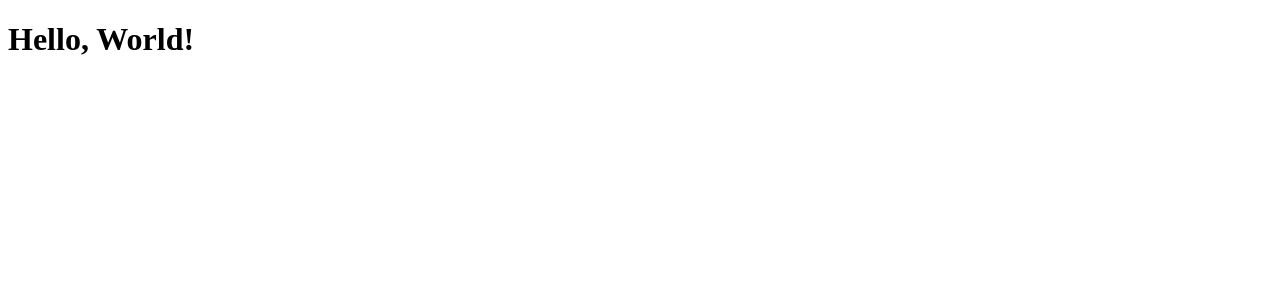
Repository: max535/react-typescript
Page: /about
The author's editor kept a copy of each file at every save. The page is drawn from the files as they stood at one save, then again after the next save.
The browser window is 1280 px wide. The pictures show the whole page.
The project was rebuilt for these pictures with package versions that can differ from the ones it lists, and the page was loaded fresh each time.

Above is the page before, as saved 2022-07-29 15:33:55.

### public/index.html
<!DOCTYPE html>
<html lang="en">

<head>
  <meta charset="utf-8" />
  <meta
    name="viewport"
    content="width=device-width, initial-scale=1"
  />
  <title>React App</title>
</head>

<body>
  <div id="root"></div>
</body>

</html>

### src/index.tsx
import React from 'react';
import ReactDOM from 'react-dom/client';
import { App } from './App';

const root = ReactDOM.createRoot(document.getElementById('root') as HTMLElement);

root.render(<App />)

### src/App.tsx
export function App() {
    return (
        <div>
            <h1>Hello, World!</h1>
        </div>
    )
}

After the next save:
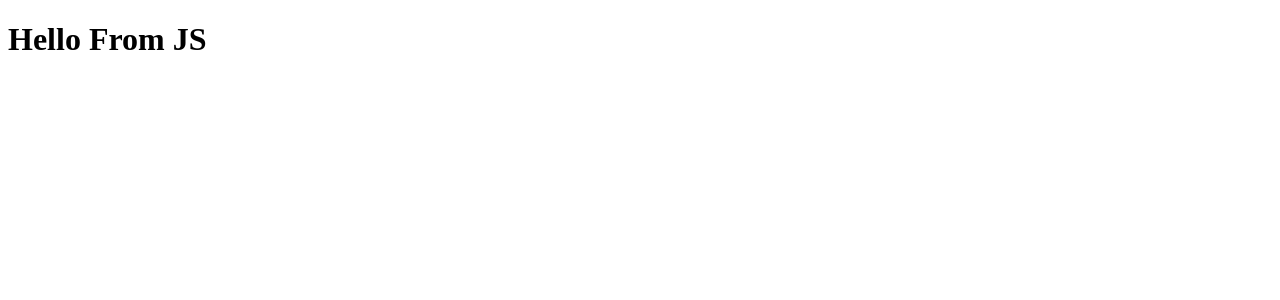
Saved 3 min 28 s later.
--- a/src/App.tsx
+++ b/src/App.tsx
@@ -1,7 +1,5 @@
+import React from 'react';
+
 export function App() {
-    return (
-        <div>
-            <h1>Hello, World!</h1>
-        </div>
-    )
+    return React.createElement('h1', {}, 'Hello From JS');
 }
